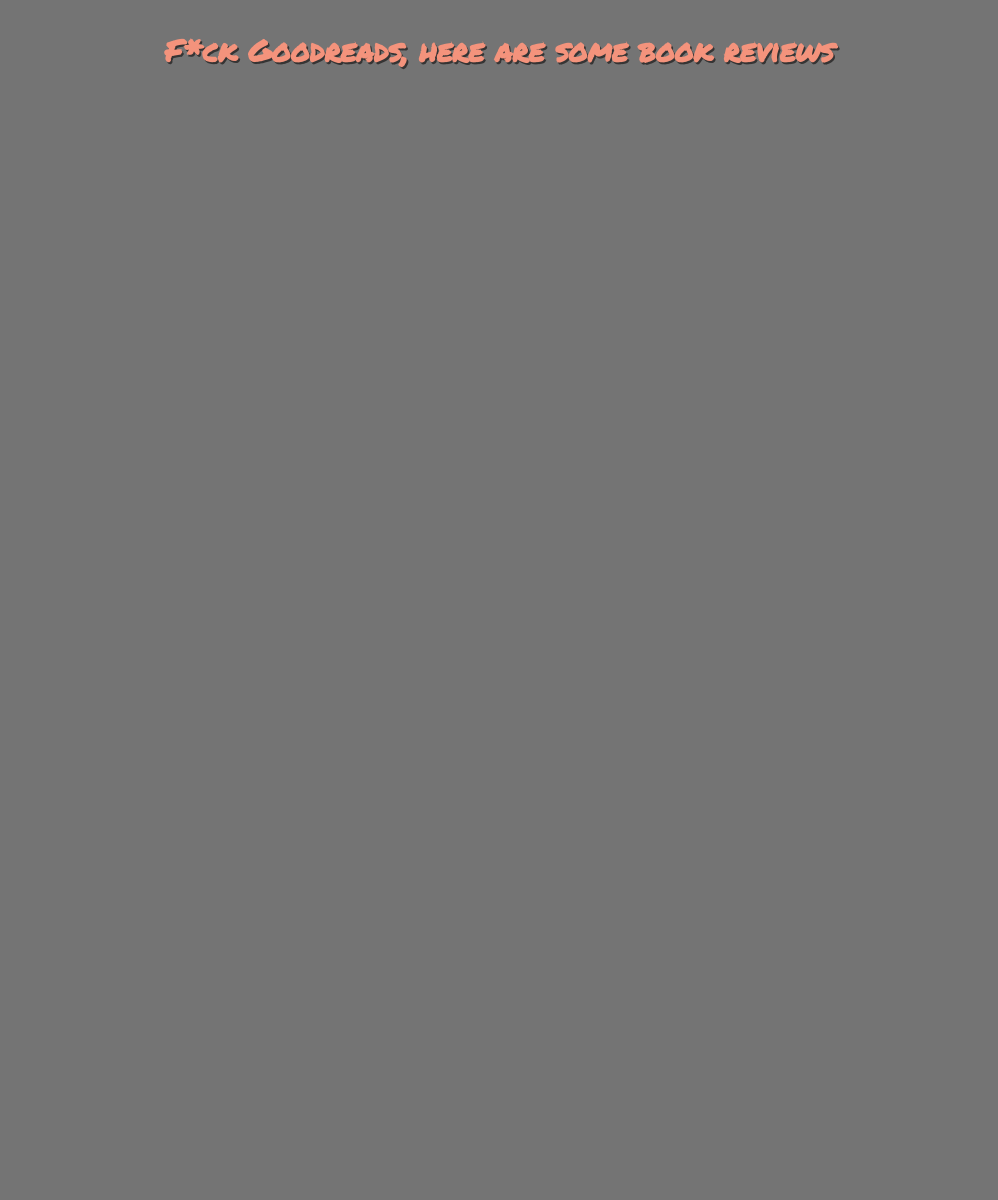
Repository: emnharris/FreeCodeCampChallenges
Page: responsive-web-design/book-reviews/books.html
The author's editor kept a copy of each file at every save. The page is drawn from the files as they stood at one save, then again after the next save.
The browser window is 1280 px wide. The pictures show the whole page, at 78% of full size.

Above is the page before, as saved 2020-04-18 12:48:04.

After the next save:
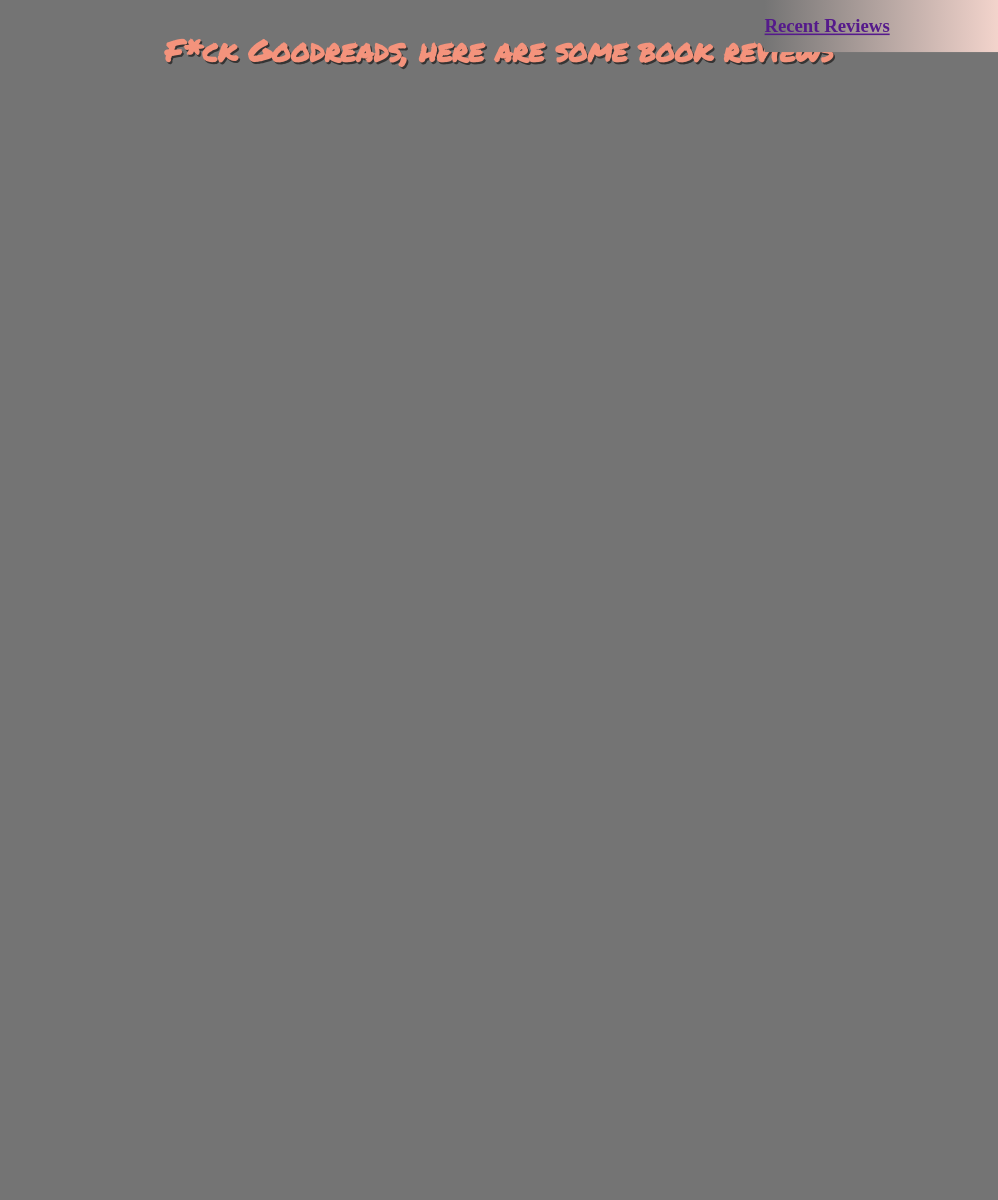
Saved 8 s later.
--- a/responsive-web-design/book-reviews/books.html
+++ b/responsive-web-design/book-reviews/books.html
@@ -13,8 +13,8 @@
                 <h1>F*ck Goodreads, here are some book reviews</h1>
             </div>
         </header>
-        <sidenav>
-
+        <sidenav class="sidenav">
+            <h2><a href="">Recent Reviews</a></h2>
         </sidenav>
         <main id="gallery">
 
